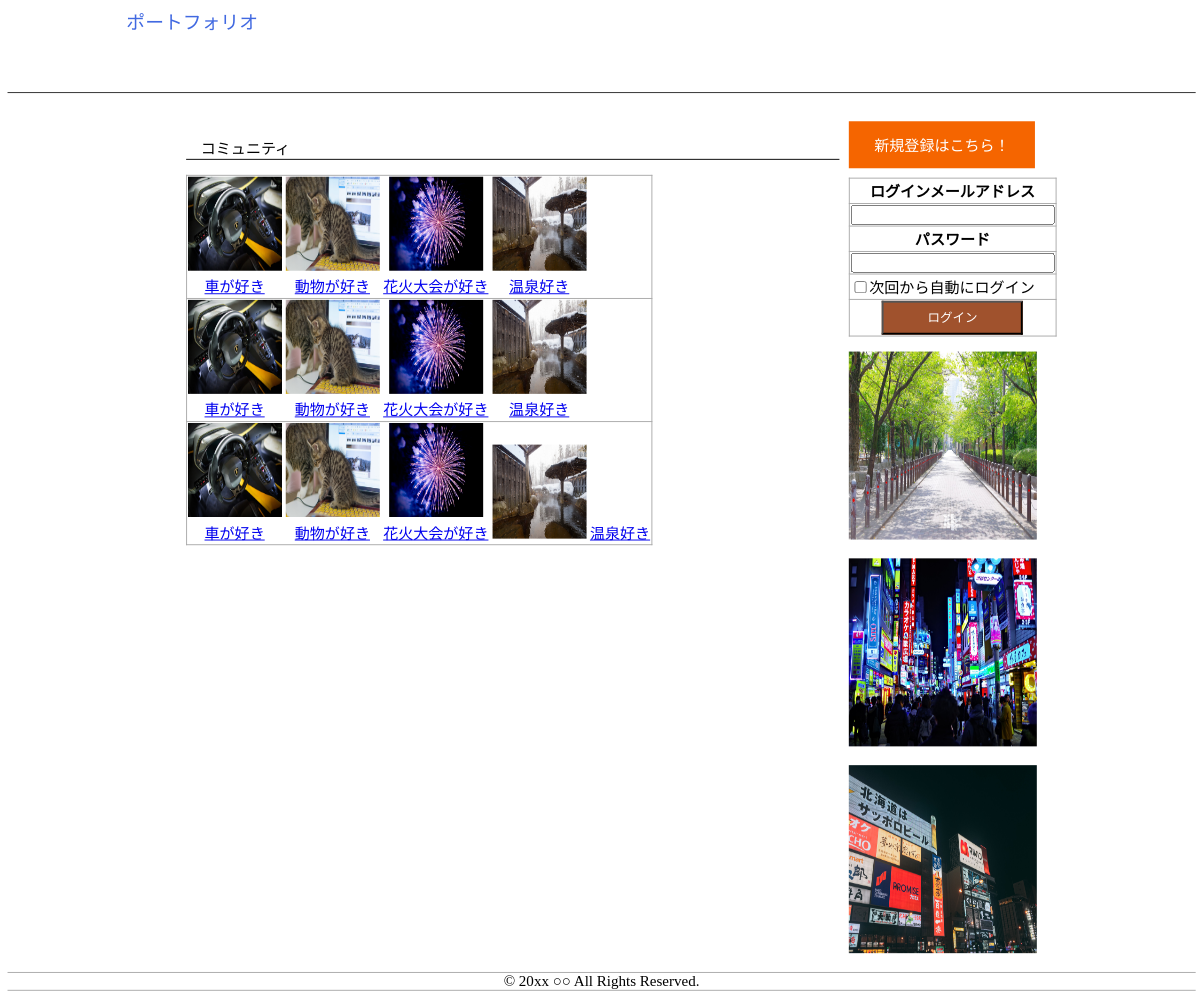
Repository: yuukiabc/samurai_PHP
Page: Login.html
The author's editor kept a record of every edit. The page is drawn from the files as they stood at one moment, then again after the next edit.
The browser window is 1280 px wide. The pictures show the whole page, at 94% of full size.

Above is the page before.

After the next edit:
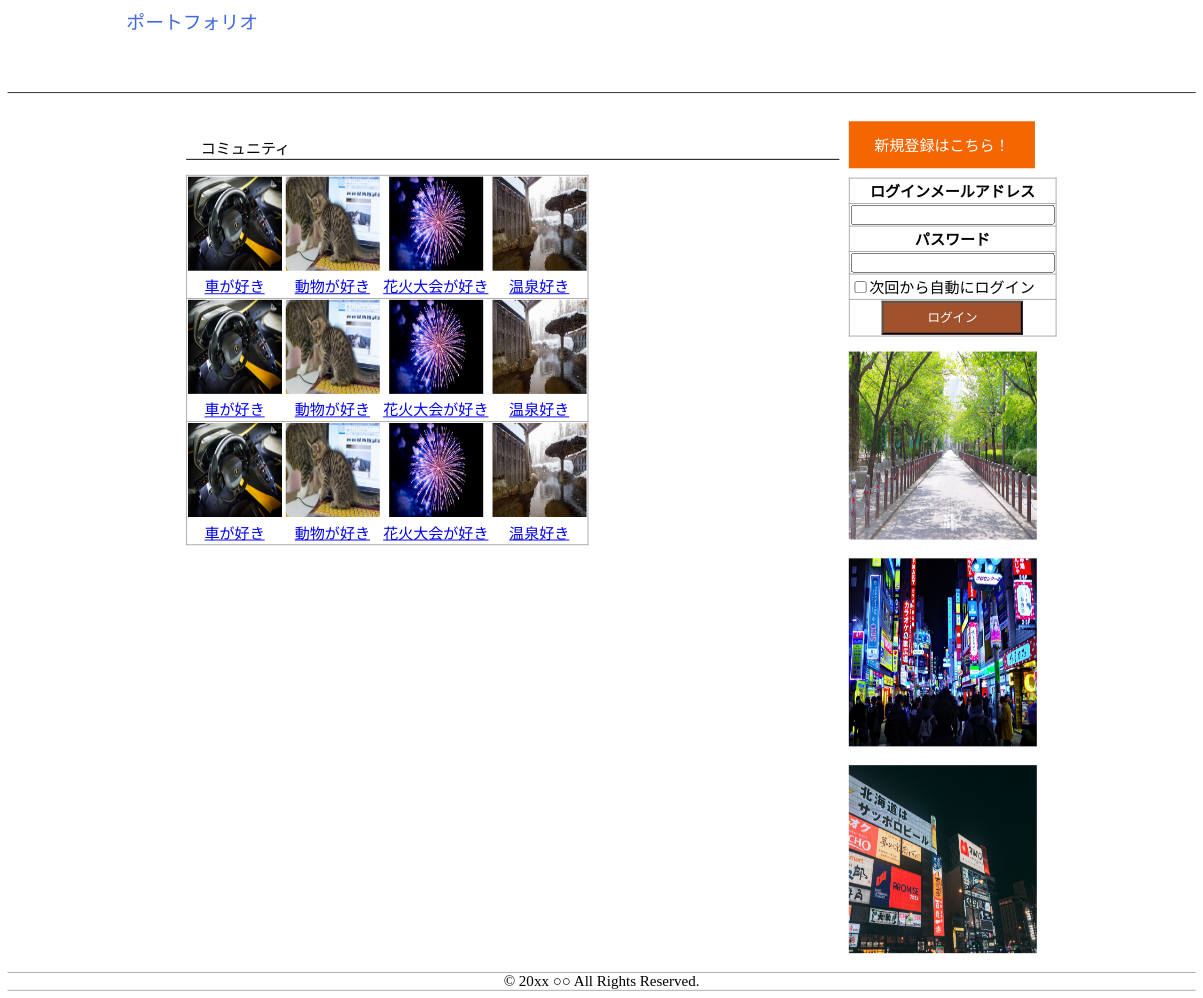
The edit:
--- a/Login.html
+++ b/Login.html
@@ -69,7 +69,7 @@
                         </div>
                         <div class="community">
                             <img src="19.jpg" alt="画像"width="100" height="100">
-                            <a href="#">温泉好き</a>
+                            <br><a href="#">温泉好き</a>
                         </div>
                     </td>
                 </tr>
